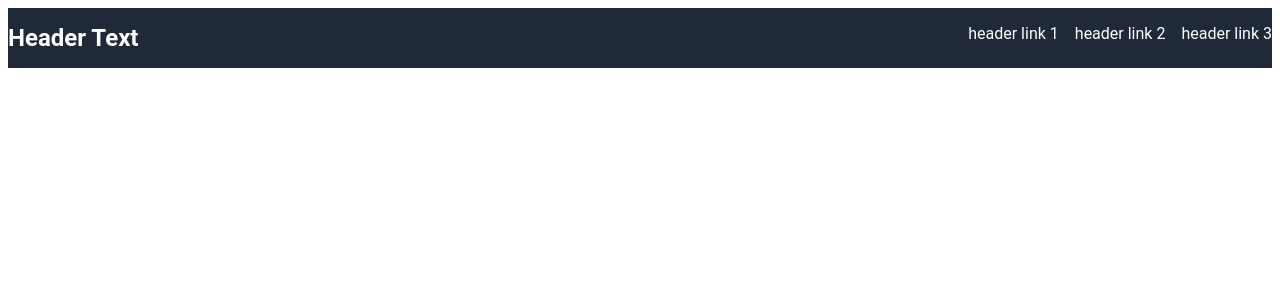
Repository: aaronestre/odin-landingpage
Page: index.html
An editor plug-in stored every save of this project. The page is shown before and after the next save, followed by the edit.
The browser window is 1280 px wide. The pictures show the whole page.

Above is the page before, as saved 2025-02-12 19:38:10.

After the next save:
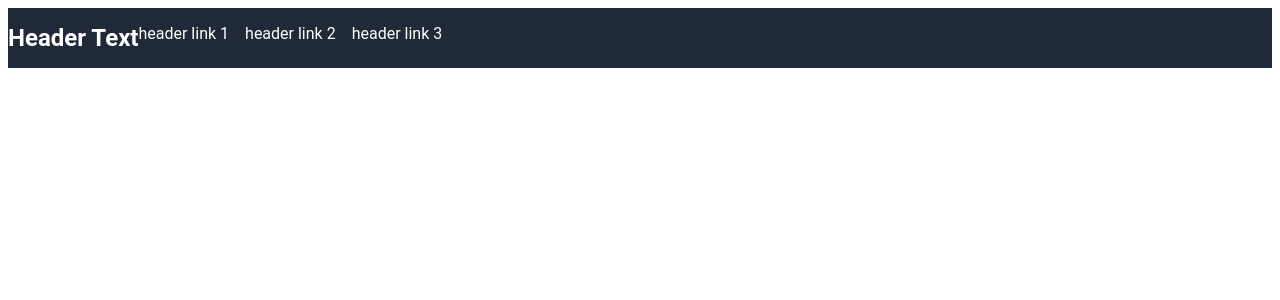
Saved 21 s later.
--- a/index.css
+++ b/index.css
@@ -11,6 +11,6 @@
 
 .header-right {
     display: flex;
-    margin-left: auto;
+    justify-content: flex-end;
     gap: 16px;
 }

After the save that followed:
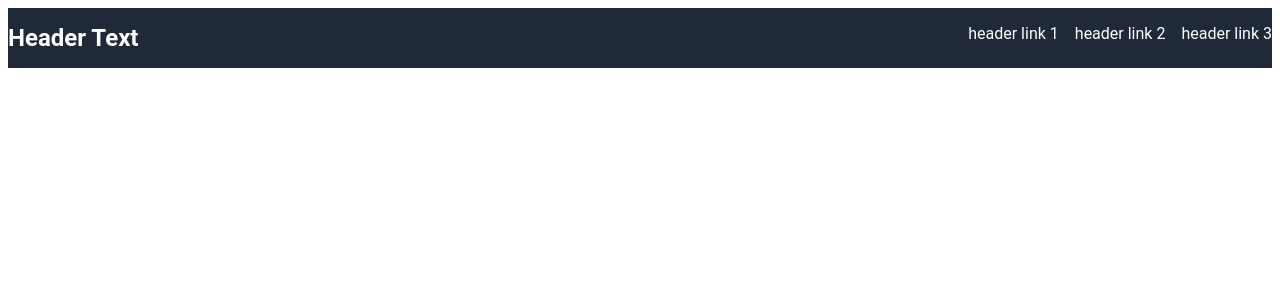
Saved 19 s later.
--- a/index.css
+++ b/index.css
@@ -3,6 +3,7 @@
     color: white;
     font-family: Roboto;
     display: flex;
+    justify-content: space-between;
 }
 
 header h1 {
